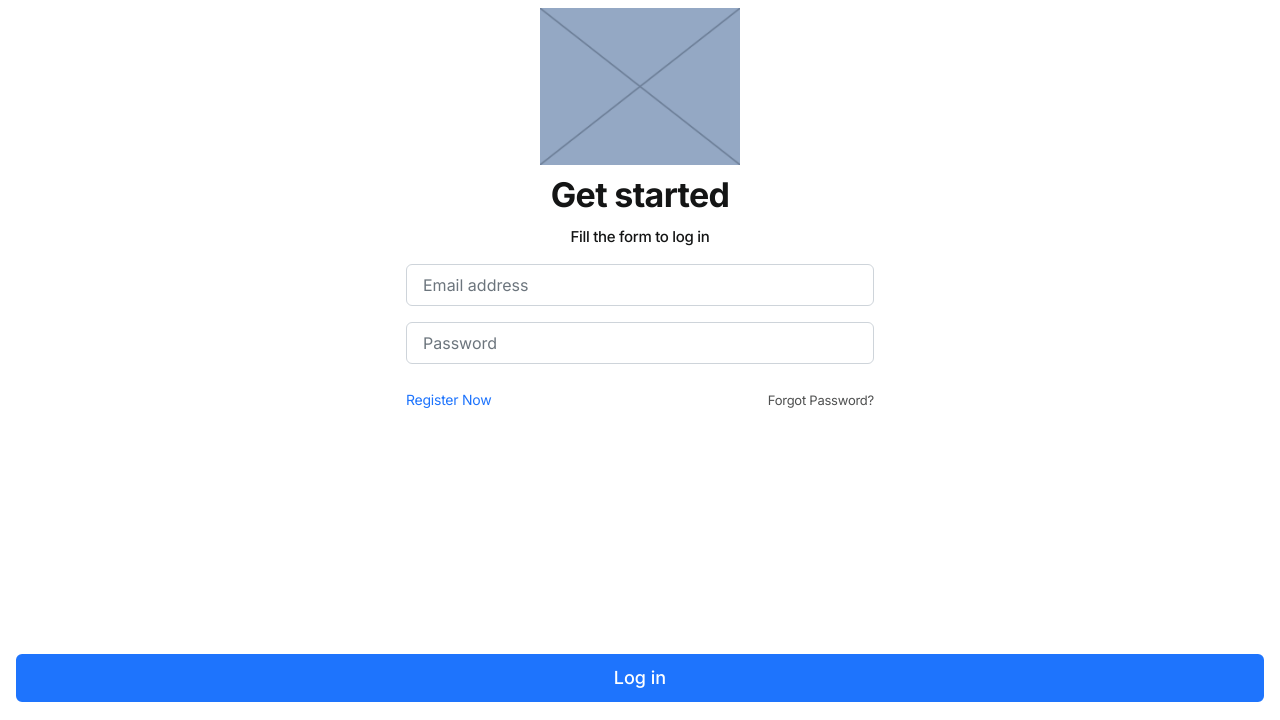
Repository: ryanmlnaa/TA-SEM4
Page: http://localhost/
These files come from the project's save history. The page is drawn as it stood at one moment and after the next save; the edit follows.
The browser window is 1280 px wide. The pictures show the whole page.
Some web libraries are served in a nearby version. The page is served by the project's Laravel application, run on PHP 8.4 with Laravel 9.

Above is the page before, as saved 2025-02-15 16:33:39.

After the next save:
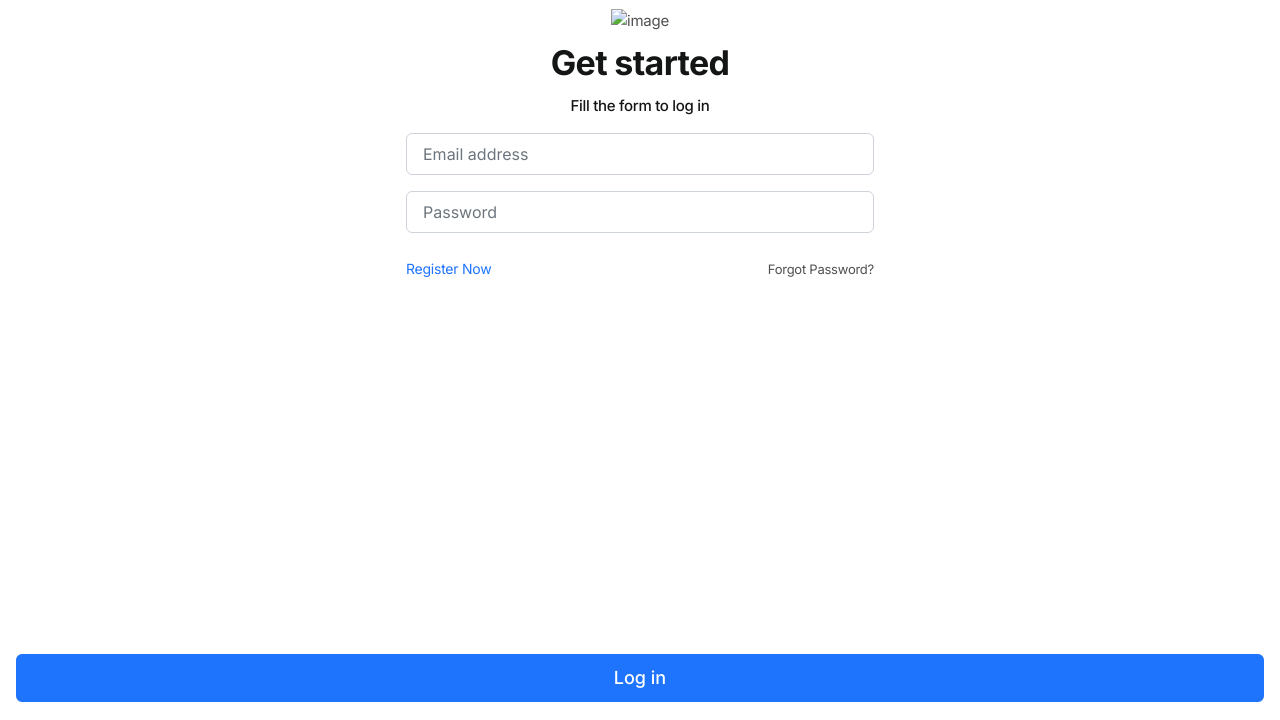
Saved 8 min 5 s later.
--- a/resources/views/auth/login.blade.php
+++ b/resources/views/auth/login.blade.php
@@ -31,7 +31,7 @@
 
         <div class="login-form mt-1">
             <div class="section">
-                <img src="assets/img/sample/photo/vector4.png" alt="image" class="form-image">
+                <img src="" alt="image" class="form-image">
             </div>
             <div class="section mt-1">
                 <h1>Get started</h1>
